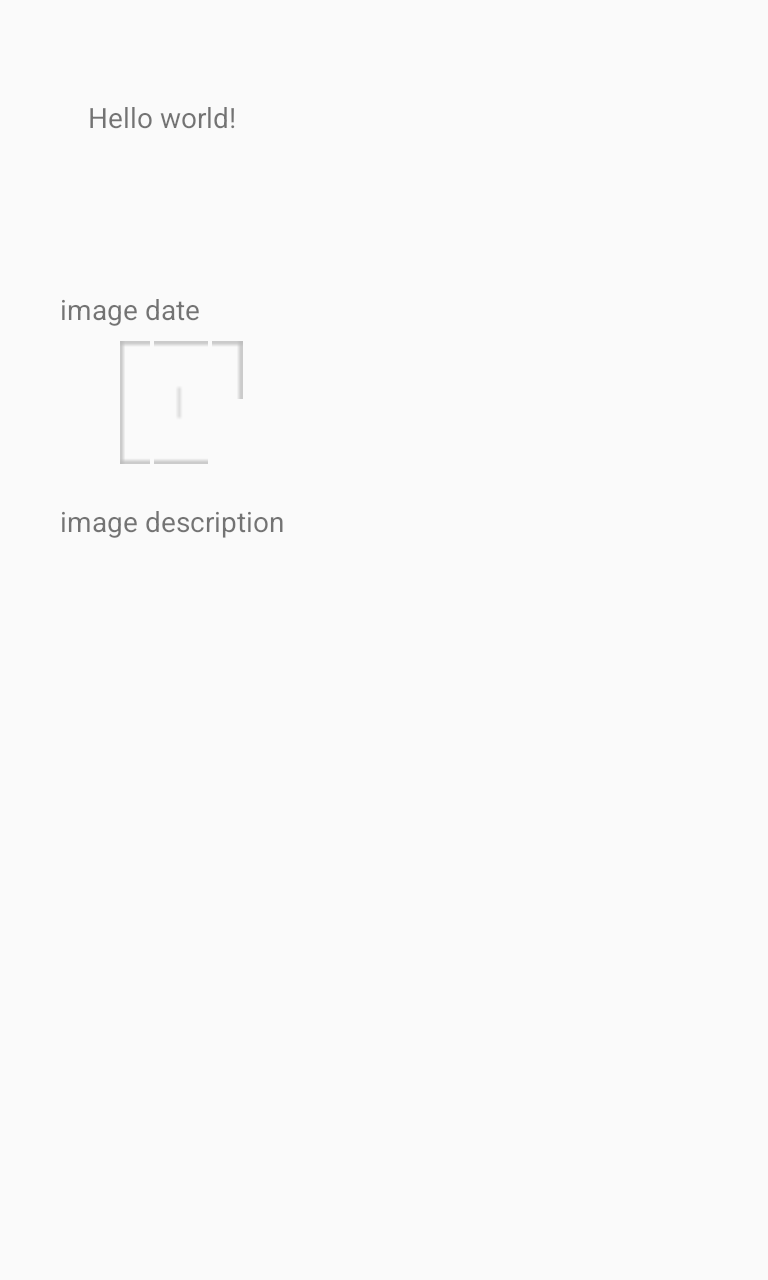
Repository: BaichaoLi/android
Layout: Nasa_E/res/layout/activity_main.xml
An editor plug-in stored every save of this project. The layout is shown before and after the next save, followed by the edit.
It is drawn on a 768 x 1280 px phone screen (xhdpi) without system bars, with theme AppTheme; the app's code is not run.

Above is the layout before, as saved 2015-05-20 12:58:59.

### Nasa_E/res/layout/activity_main.xml
<RelativeLayout xmlns:android="http://schemas.android.com/apk/res/android"
    xmlns:tools="http://schemas.android.com/tools"
    android:layout_width="match_parent"
    android:layout_height="match_parent"
    android:paddingBottom="@dimen/activity_vertical_margin"
    android:paddingLeft="@dimen/activity_horizontal_margin"
    android:paddingRight="@dimen/activity_horizontal_margin"
    android:paddingTop="@dimen/activity_vertical_margin"
    tools:context="com.example.nasa_e.MainActivity" >

    <ScrollView
        android:id="@+id/scrollView1"
        android:layout_width="wrap_content"
        android:layout_height="wrap_content"
        android:layout_alignParentBottom="true"
        android:layout_alignParentRight="true"
        android:layout_marginBottom="95dp"
        android:layout_marginRight="63dp" >
    </ScrollView>

    <LinearLayout
        android:id="@+id/linearLayout1"
        android:layout_width="wrap_content"
        android:layout_height="286dp"
        android:layout_alignParentLeft="true"
        android:layout_alignParentTop="true"
        android:layout_marginLeft="14dp"
        android:layout_marginTop="14dp"
        android:orientation="vertical" >

        <TextView
            android:id="@+id/imageTitle"
            android:layout_width="wrap_content"
            android:layout_height="wrap_content"
            android:layout_marginLeft="14dp"
            android:layout_marginTop="19dp"
            android:layout_weight="2.33"
            android:text="@string/hello_world" />

        <TextView
            android:id="@+id/iamgeDate"
            android:layout_width="wrap_content"
            android:layout_height="wrap_content"
            android:layout_alignParentLeft="true"
            android:layout_marginTop="32dp"
            android:layout_weight="0.35"
            android:text="image date" />

        <ImageView
            android:id="@+id/imageView1"
            android:layout_width="121dp"
            android:layout_height="wrap_content"
            android:layout_alignBottom="@+id/scrollView1"
            android:layout_alignRight="@+id/iamgeDescription"
            android:layout_weight="2.33"
            android:src="@drawable/abc_ab_share_pack_mtrl_alpha" />

        <TextView
            android:id="@+id/iamgeDescription"
            android:layout_width="wrap_content"
            android:layout_height="wrap_content"
            android:layout_alignParentLeft="true"
            android:layout_below="@+id/iamgeDate"
            android:layout_marginTop="19dp"
            android:layout_weight="2.33"
            android:text="image description" />
    </LinearLayout>

</RelativeLayout>

### Nasa_E/res/values/strings.xml
<?xml version="1.0" encoding="utf-8"?>
<resources>

    <string name="app_name">Nasa_E</string>
    <string name="hello_world">Hello world!</string>
    <string name="action_settings">Settings</string>
    <string name="refresh">Refresh</string>

</resources>

Loaded but not shown: Nasa_E/res/values/styles.xml (common file); Nasa_E/res/values-v11/styles.xml (common file); Nasa_E/res/values-v14/styles.xml (common file); Nasa_E/res/values/dimens.xml (common file); Nasa_E/res/values-w820dp/dimens.xml (common file)

After the next save:
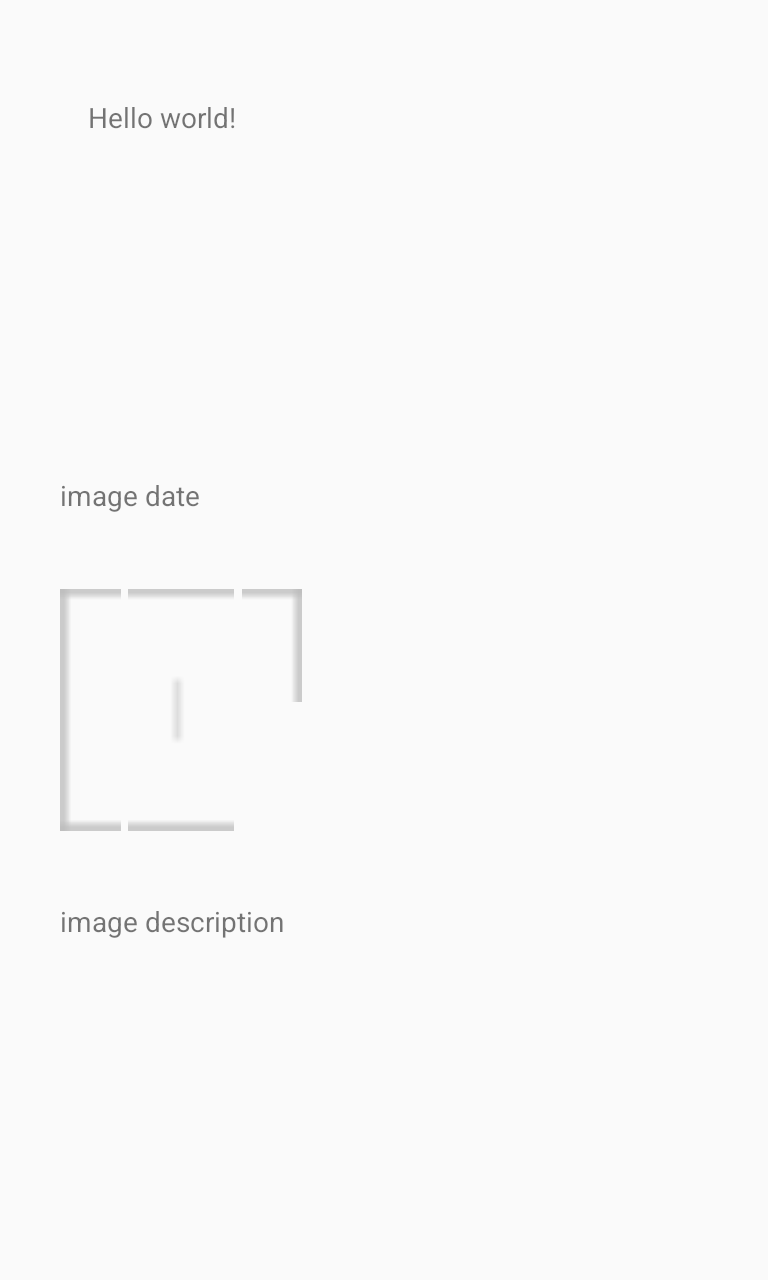
Saved 4 min 32 s later.
--- a/Nasa_E/res/layout/activity_main.xml
+++ b/Nasa_E/res/layout/activity_main.xml
@@ -14,16 +14,18 @@
         android:layout_height="wrap_content"
         android:layout_alignParentBottom="true"
         android:layout_alignParentRight="true"
-        android:layout_marginBottom="95dp"
-        android:layout_marginRight="63dp" >
+        android:layout_marginBottom="15dp"
+        android:layout_marginRight="15dp" >
     </ScrollView>
 
     <LinearLayout
         android:id="@+id/linearLayout1"
         android:layout_width="wrap_content"
         android:layout_height="286dp"
+        android:layout_alignBottom="@+id/scrollView1"
         android:layout_alignParentLeft="true"
         android:layout_alignParentTop="true"
+        android:layout_alignRight="@+id/scrollView1"
         android:layout_marginLeft="14dp"
         android:layout_marginTop="14dp"
         android:orientation="vertical" >
